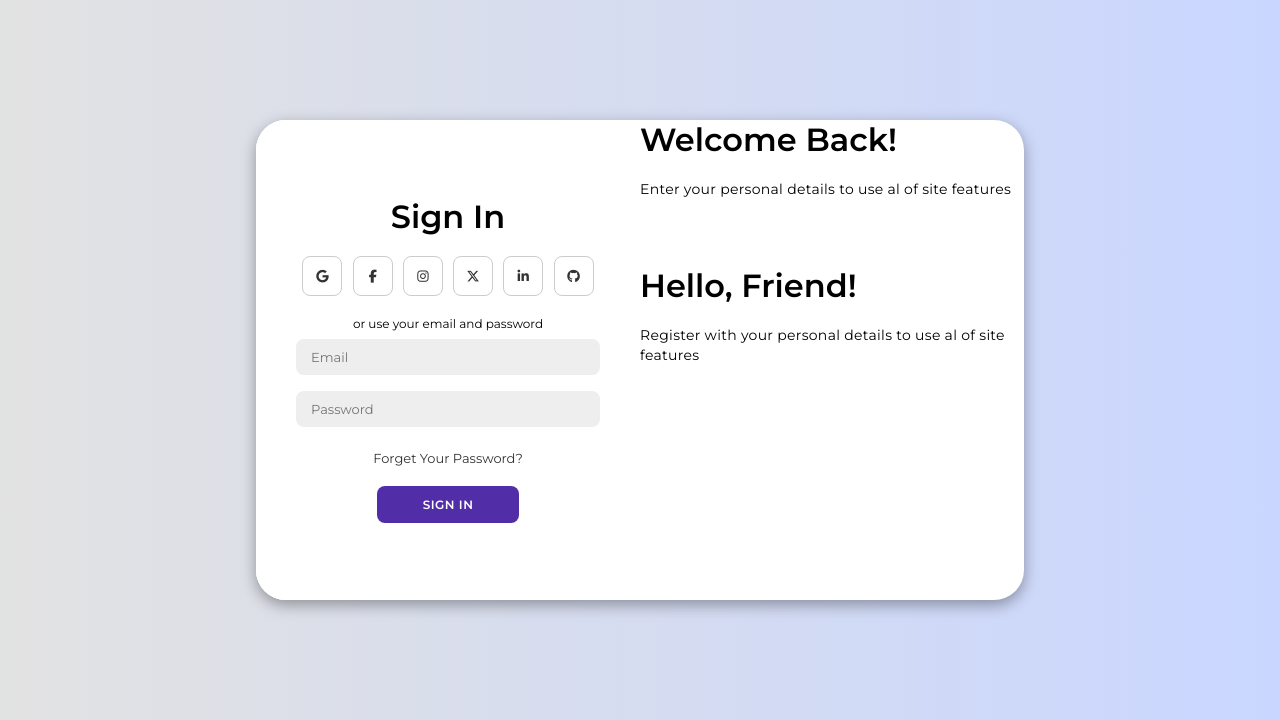
Repository: DevMike1993/Animated_Login_Page
Page: index.html
The author's editor kept a copy of each file at every save. The page is drawn from the files as they stood at one save, then again after a run of saves.
The browser window is 1280 px wide. The pictures show the whole page.

Above is the page before, as saved 2023-12-17 22:17:28.
Not found: script.js

After the next 6 saves:
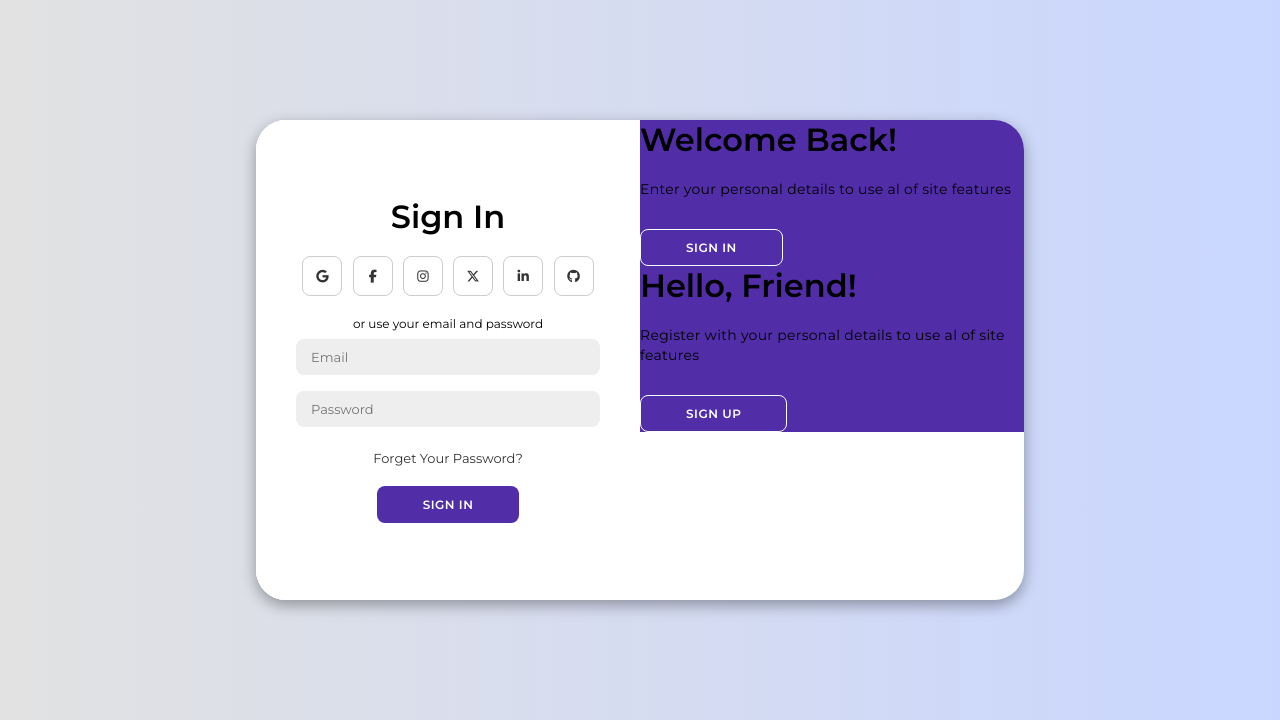
The 6 saves are shown as one change because they came seconds apart.
The last was saved 23 s later.
--- a/style.css
+++ b/style.css
@@ -156,5 +156,8 @@ body{
 
 .container.active .toggle-container{
     transform: translateX(-100%);
+}
 
+.toggle{
+    background-color: #512da8;
 }
